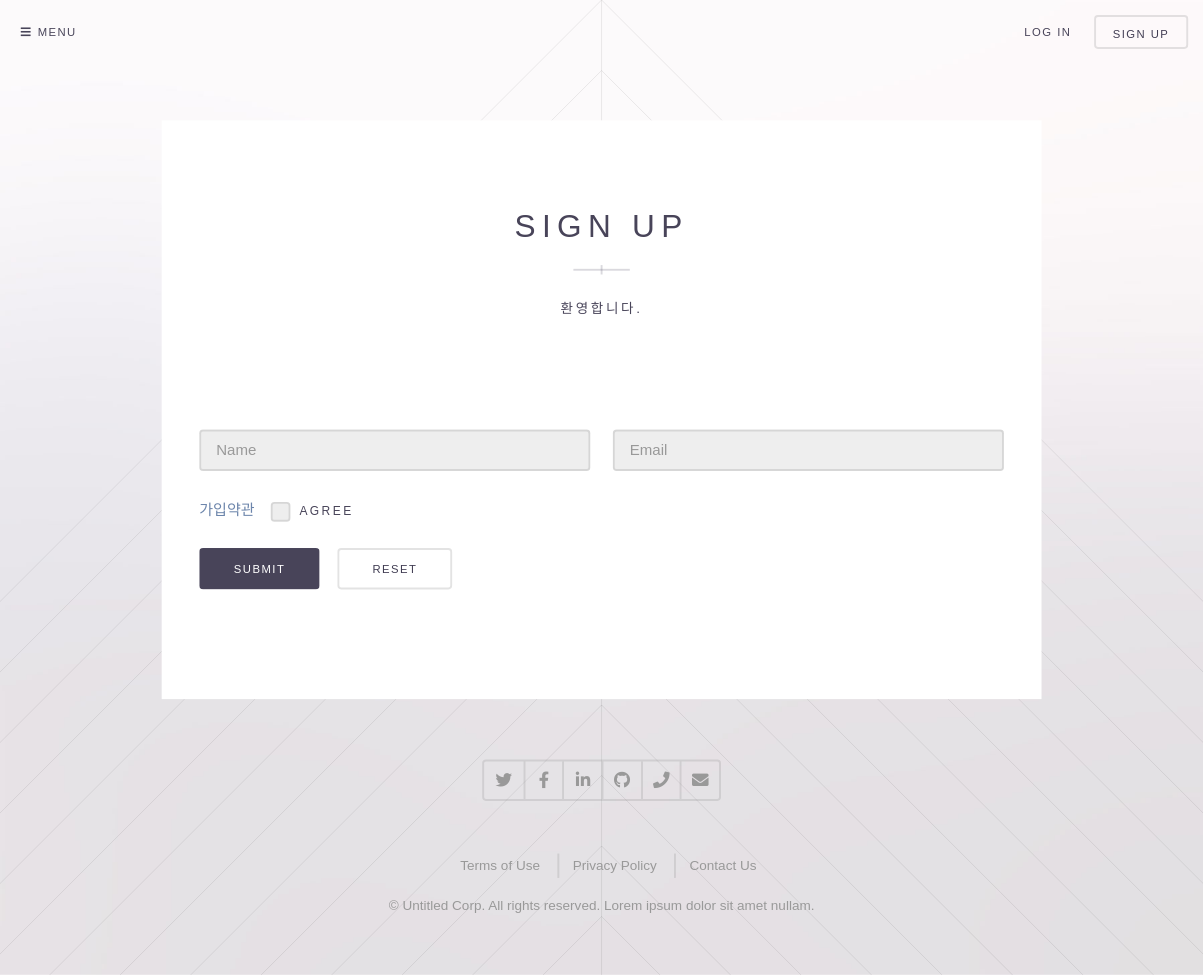
Repository: WKMoon/JavaScript-Project
Page: myFront/WebContent/login.html
The author's editor kept a copy of each file at every save. The page is drawn from the files as they stood at one save, then again after the next save.
The browser window is 1280 px wide. The pictures show the whole page, at 94% of full size.
Some web fonts or font styles are not loaded; a fallback is used.

Above is the page before, as saved 2021-02-25 07:16:35.

After the next save:
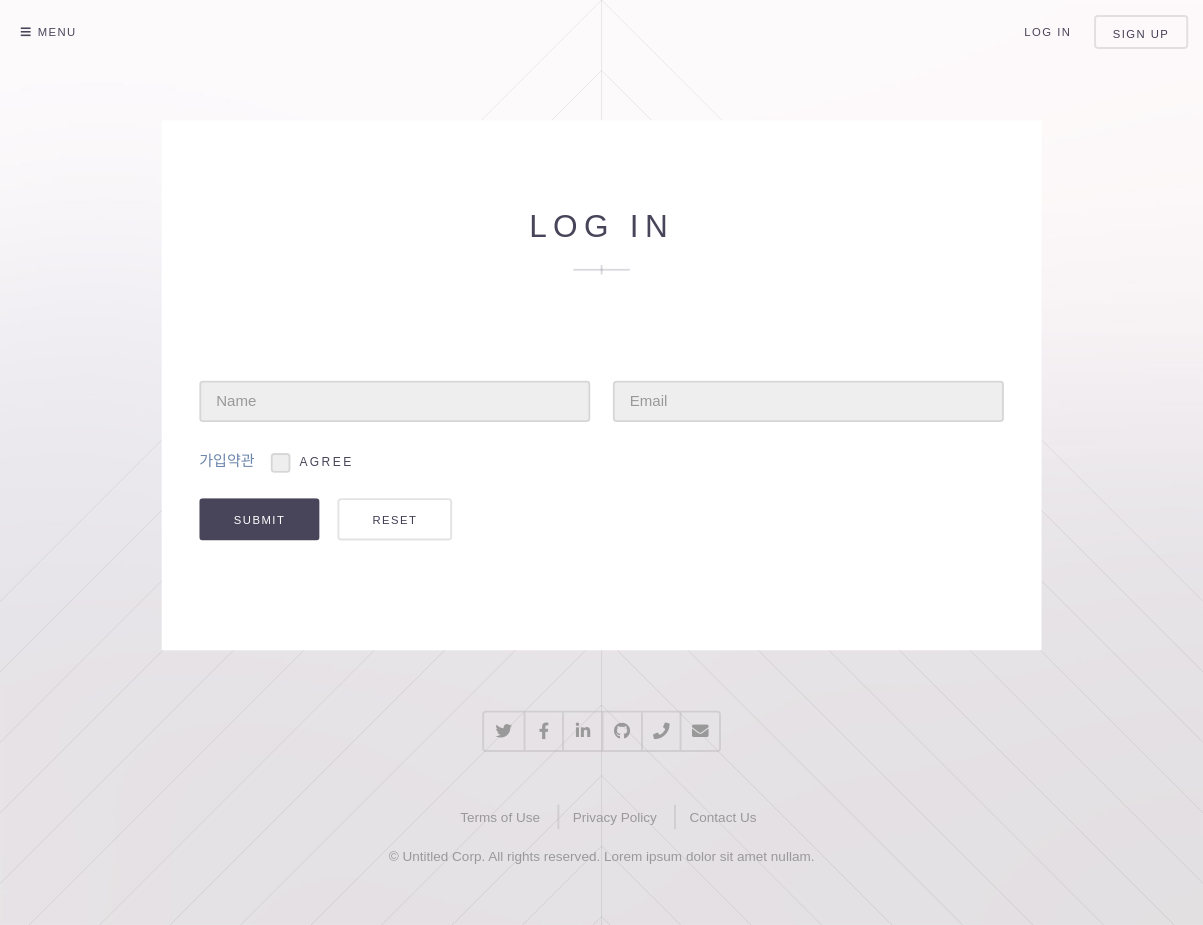
Saved 54 s later.
--- a/myFront/WebContent/login.html
+++ b/myFront/WebContent/login.html
@@ -35,8 +35,7 @@
 
 					<!-- Title -->
 						<header class="major special">
-							<h1>Sign Up</h1>
-							<p>환영합니다.</p>
+							<h1>Log In</h1>
 						</header>
 
 					<!-- Content -->

After the save that followed:
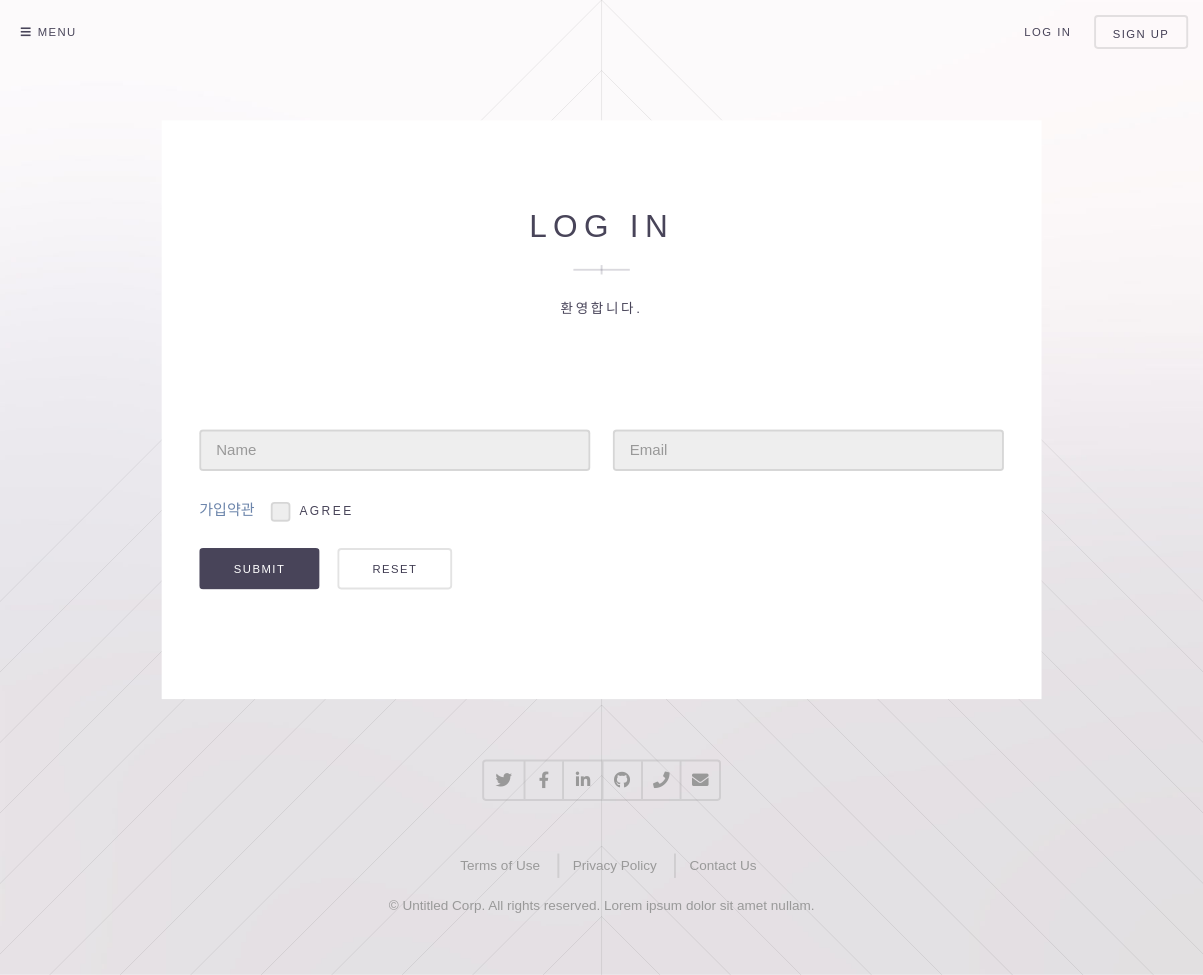
Saved 23 s later.
--- a/myFront/WebContent/login.html
+++ b/myFront/WebContent/login.html
@@ -36,6 +36,7 @@
 					<!-- Title -->
 						<header class="major special">
 							<h1>Log In</h1>
+							<p>환영합니다.</p>
 						</header>
 
 					<!-- Content -->
